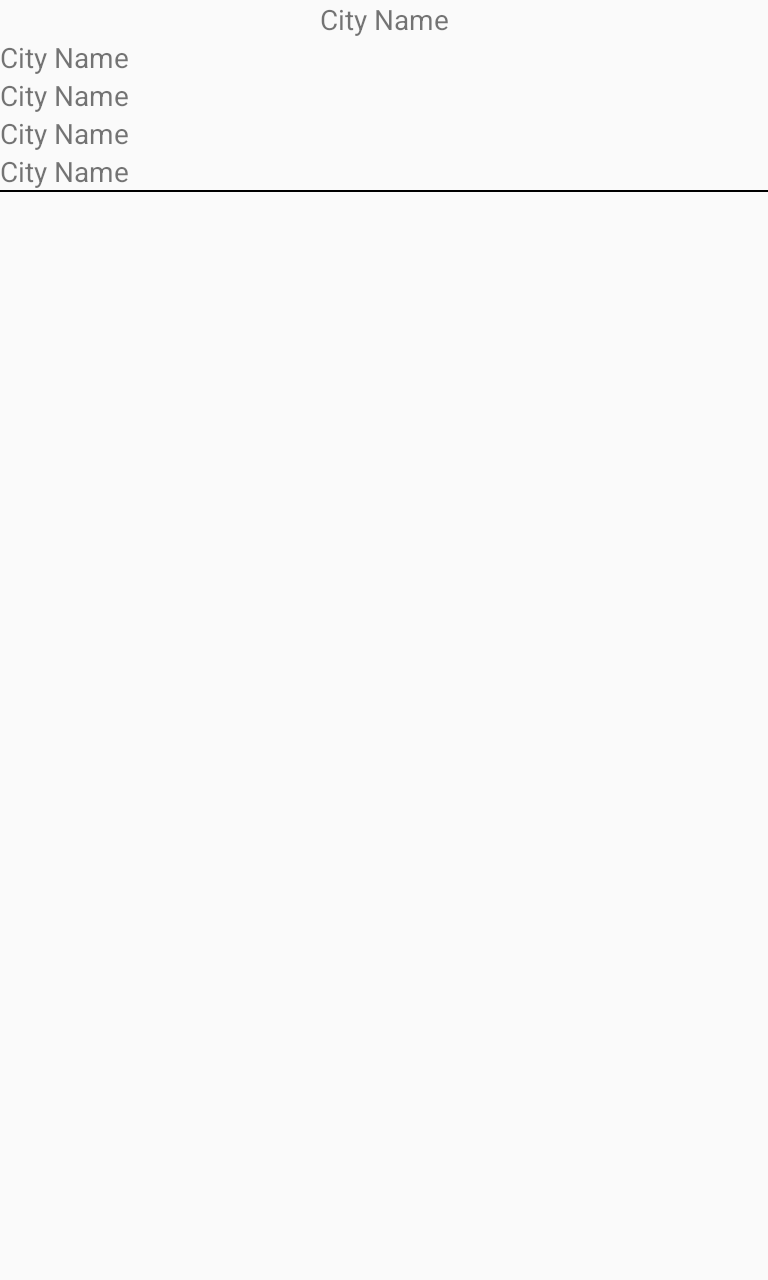
Repository: bhameamit/LeftShiftTask
Layout: LeftShiftTask/LeftShiftTak/res/layout/list_item.xml
The author's editor kept a copy of each file at every save. The layout is drawn from the files as they stood at one save, then again after the next save.
It is drawn on a 768 x 1280 px phone screen (xhdpi) without system bars, with theme AppTheme; the app's code is not run.

Above is the layout before, as saved 2015-02-22 09:38:11.

After the next save:
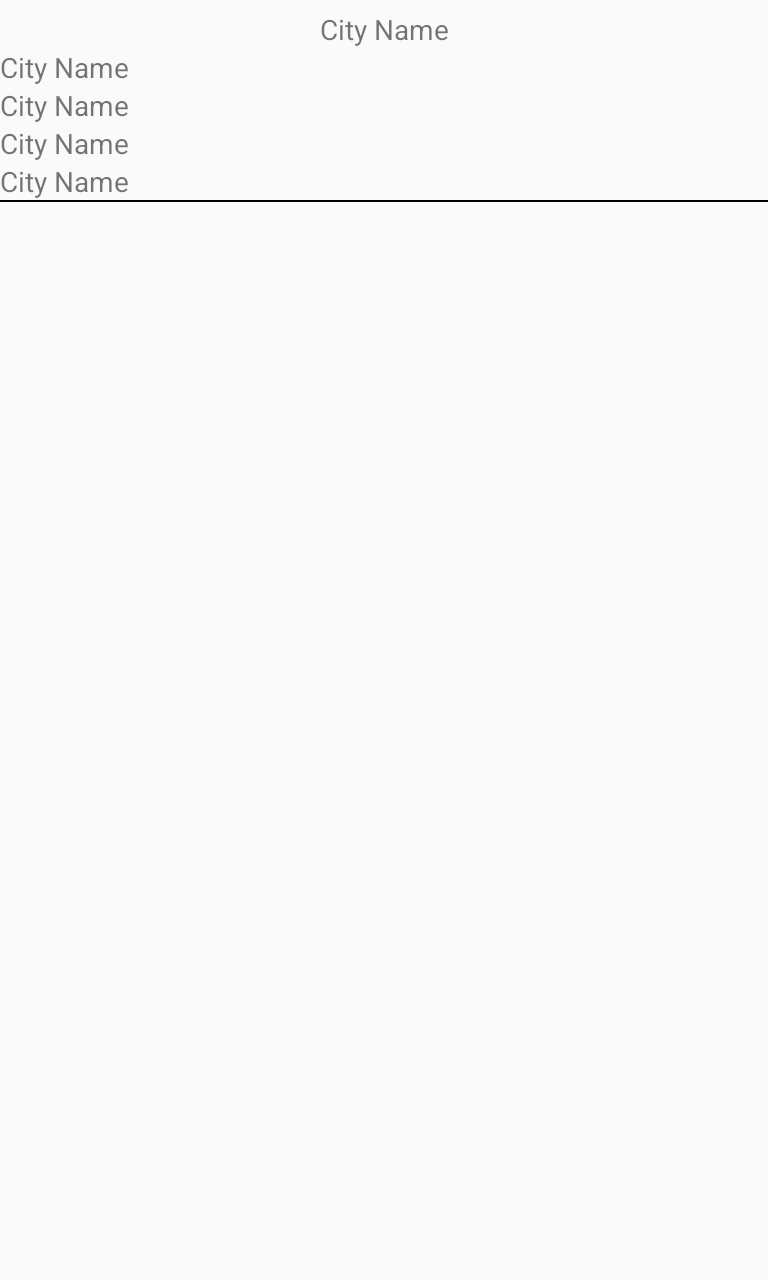
Saved 29 s later.
--- a/LeftShiftTask/LeftShiftTak/res/layout/list_item.xml
+++ b/LeftShiftTask/LeftShiftTak/res/layout/list_item.xml
@@ -4,12 +4,18 @@
     android:layout_height="wrap_content"
     android:orientation="vertical" >
 
+    <LinearLayout
+        android:layout_width="match_parent"
+        android:layout_height="5dp"
+        android:orientation="vertical" >
+    </LinearLayout>
+
     <TextView
         android:id="@+id/date"
         android:layout_width="match_parent"
         android:layout_height="wrap_content"
-        android:text="City Name"
-        android:gravity="center"/>
+        android:gravity="center"
+        android:text="City Name" />
 
     <TextView
         android:id="@+id/pressure"
@@ -38,8 +44,8 @@
     <LinearLayout
         android:layout_width="match_parent"
         android:layout_height="1dp"
-        android:orientation="vertical"
-        android:background="@android:color/black" >
+        android:background="@android:color/black"
+        android:orientation="vertical" >
     </LinearLayout>
 
 </LinearLayout>
